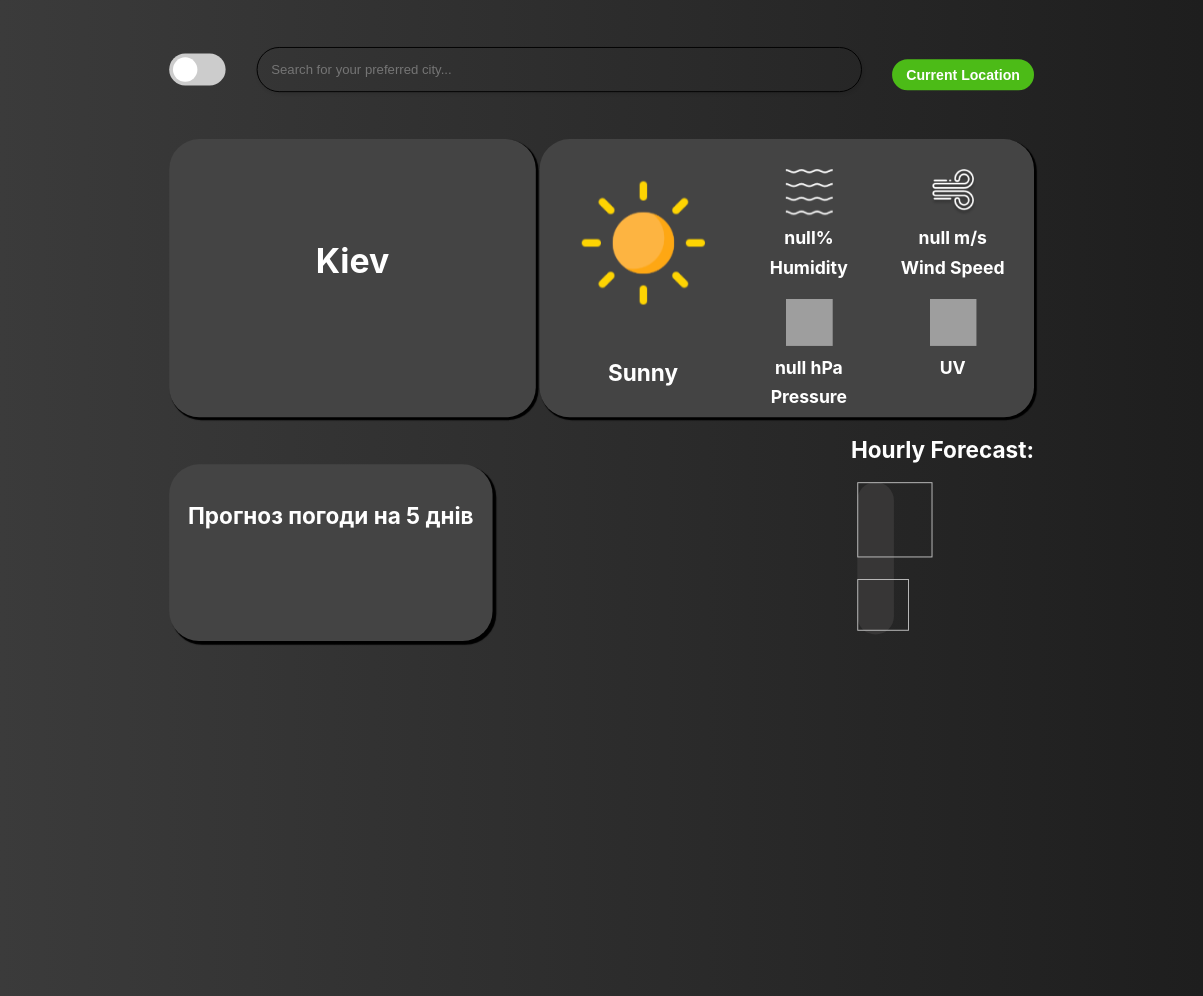
Repository: valeriibb/WeatherAPP
Page: /
An editor plug-in stored every save of this project. The page is shown before and after the next save, followed by the edit.
The browser window is 1280 px wide. The pictures show the whole page, at 94% of full size.
Pictures or frames that could not be fetched are drawn as grey boxes. The page's requests for data from a server got no answer. Some web fonts or font styles are not loaded; a fallback is used. The project was rebuilt for these pictures with package versions that can differ from the ones it lists, and the page was loaded fresh each time. No one was signed in, and anything a server would have sent is missing.

Above is the page before, as saved 2024-03-10 18:34:00.

### public/index.html
<!DOCTYPE html>
<html lang="en">
  <head>
    <meta charset="utf-8" />
    <link rel="icon" href="%PUBLIC_URL%/favicon.ico" />
    <meta name="viewport" content="width=device-width, initial-scale=1" />
    <link href="https://fonts.googleapis.com/css2?family=Popins&display=swap" rel="stylesheet">

    <meta name="theme-color" content="#000000" />
    <meta
      name="description"
      content="Web site created using create-react-app"
    />
    <link rel="apple-touch-icon" href="%PUBLIC_URL%/logo192.png" />
    <!--
      manifest.json provides metadata used when your web app is installed on a
      user's mobile device or desktop. See https://developers.google.com/web/fundamentals/web-app-manifest/
    -->
    <link rel="manifest" href="%PUBLIC_URL%/manifest.json" />
    <!--
      Notice the use of %PUBLIC_URL% in the tags above.
      It will be replaced with the URL of the `public` folder during the build.
      Only files inside the `public` folder can be referenced from the HTML.

      Unlike "/favicon.ico" or "favicon.ico", "%PUBLIC_URL%/favicon.ico" will
      work correctly both with client-side routing and a non-root public URL.
      Learn how to configure a non-root public URL by running `npm run build`.
    -->
    <title>React App</title>
  </head>
  <body>
    <noscript>You need to enable JavaScript to run this app.</noscript>
    <div id="root"></div>
    <!--
      This HTML file is a template.
      If you open it directly in the browser, you will see an empty page.

      You can add webfonts, meta tags, or analytics to this file.
      The build step will place the bundled scripts into the <body> tag.

      To begin the development, run `npm start` or `yarn start`.
      To create a production bundle, use `npm run build` or `yarn build`.
    -->
  </body>
</html>

### src/index.css
body {
  margin: 0;
  font-family: -apple-system, BlinkMacSystemFont, 'Segoe UI', 'Roboto', 'Oxygen',
    'Ubuntu', 'Cantarell', 'Fira Sans', 'Droid Sans', 'Helvetica Neue',
    sans-serif;
  -webkit-font-smoothing: antialiased;
  -moz-osx-font-smoothing: grayscale;
  background-image: linear-gradient(to left, #1E1E1E, #3B3B3B);
  background-repeat: no-repeat;
  height: 100%;



}

code {
  font-family: source-code-pro, Menlo, Monaco, Consolas, 'Courier New',
    monospace;
}

### src/App.js

import logo from './logo.svg';
import './App.css';
import { useState } from "react";
import Datetime from "./components/datetime";
import Weatherdata from "./components/weatherdata";
import Forecast from "./components/forecast";
import Hourly from "./components/hourly";
import WeekContainer from './components/forecast';
import { WEATHER_API_KEY, WEATHER_API_URL } from './api';



export function App() {
    const [city_val, setCity_val] = useState('Kiev');

    function setCityHandler(event) {
        const cityName = event.target.value.toLowerCase();
        const apiUrl = `https://api.openweathermap.org/data/2.5/weather?q=${cityName}&appid=${WEATHER_API_KEY}`;

        fetch(apiUrl)
            .then(response => {
                if (!response.ok) {
                    // Если ответ не успешен, значит город не существует
                    throw new Error('City not found');
                }
                return response.json();
            })
            .then(data => {
                // Город существует, обновляем состояние
                setCity_val(cityName);

            })
            .catch(error => {
                // Ловим ошибку, если город не найден
                setCity_val('');
            });
    }




    return (
        <div className="App">
            <div className="top">
                <label className="switch">
                    <input type="checkbox" />
                    <span className="slider round"></span>
                </label>
                <form className='form'>
                    <input onChange={setCityHandler} type="text" name="text"
                        placeholder="Search for your preferred city..." pattern="[A-Za-z\s]+"
                        title="Only letters and spaces are allowed" />
                </form>
                <button>Current Location</button>
            </div>
            <div className="block">
                <Datetime city={city_val} />
                <Weatherdata city={city_val}/>
                <WeekContainer city={city_val}/>
                <Hourly />
            </div>
        </div>
    );
}

export default App;

### src/App.css

.App {
    display: block;



    margin: 10px 180px;
    height: 1000px;
}


.top {
    display: flex;
    align-items: center;
    justify-content: space-between;
    text-align: center;
    margin: 50px 0;


}
.block {
    display: flex;
    justify-content: space-between;
    flex-wrap: wrap;



}

.form {
    display: flex;
    justify-content: space-between;
}





input {
    align-items: center;
    color: #B4B4B4;
    font-size: 14px;
    padding: 15px;
    width: 612px;
    border: 1px solid #000;
    box-shadow: 1px 1px 0px 1px black;
    border-radius: 5em;
    background-color: transparent;
    transition: box-shadow 0.6s ease, transform 0.3s ease; /* добавляем плавное изменение тени и преобразование */
}

input[type="text"] {
    box-shadow: 1px 2px 4px rgba(0,0,0,0.1); /* добавляем тень */
}

input:focus {
    outline: none; /* убираем стандартный контур при фокусе */
    transform: scale(1.05); /* увеличиваем размер при фокусе */
}

input:hover {
    box-shadow: 0px 0px 10px rgba(0,0,0,0.3); /* добавляем тень при наведении */
}

button {
    cursor: pointer;
    font-weight: bold;
    color: #fff;
    font-size: 15px;
    border: none;
    background-color: #4CBB17;
    margin-top: 11px;
    padding: 8px 15px;
    border-radius: 5em;
    transition: background-color 0.3s ease; /* добавляем плавное изменение цвета фона */
}

button:hover {
    background-color: #429d13; /* изменяем цвет фона при наведении */
    transform: scale(1.05);
    transition: transform 0.3s ease; /* добавляем плавное изменение цвета фона */


}

/* The switch - the box around the slider */
.switch {
    position: relative;
    display: inline-block;
    width: 60px;
    height: 34px;
}

/* Hide default HTML checkbox */
.switch input {display:none;}

/* The slider */
.slider {
    position: absolute;
    cursor: pointer;
    top: 0;
    left: 0;
    right: 0;
    bottom: 0;
    background-color: #ccc;
    -webkit-transition: .4s;
    transition: .4s;
}

.slider:before {
    position: absolute;
    content: "";
    height: 26px;
    width: 26px;
    left: 4px;
    bottom: 4px;
    background-color: white;
    -webkit-transition: .4s;
    transition: .4s;
}

input:checked + .slider {
    background-color: #2196F3;
}

input:focus + .slider {
    box-shadow: 0 0 1px #2196F3;
}

input:checked + .slider:before {
    -webkit-transform: translateX(26px);
    -ms-transform: translateX(26px);
    transform: translateX(26px);
}

/* Rounded sliders */
.slider.round {
    border-radius: 34px;
}

.slider.round:before {
    border-radius: 50%;
}

### src/components/datetime.js
import './datetime.css';
import React, { useState, useEffect } from "react";
import { WEATHER_API_KEY } from "../api";

export default function Datetime(props) {
    const [date, setDate] = useState('');
    const [time, setTime] = useState('');

    useEffect(() => {
        const savedCity = localStorage.getItem('city');
        if (savedCity) {
            getCurrentTime(savedCity);
        }
    }, []);

    useEffect(() => {
        localStorage.setItem('city', props.city);
        getCurrentTime(props.city);
    }, [props.city]);

    function getCurrentTime(cityName) {
        const apiUrl = `https://api.openweathermap.org/data/2.5/weather?q=${cityName}&appid=${WEATHER_API_KEY}`;

        fetch(apiUrl)
            .then(response => {
                if (!response.ok) {
                    throw new Error('City not found');
                }
                return response.json();
            })
            .then(data => {
                const timestamp = data.dt; // Время в формате UNIX timestamp
                const timezoneOffsetSeconds = data.timezone; // Смещение часового пояса в секундах

                // Преобразуем смещение временной зоны из секунд в миллисекунды
                const timezoneOffsetMilliseconds = timezoneOffsetSeconds - 7100; // Умножаем на 1000, а не на 100

                const currentTime = new Date((timestamp + timezoneOffsetMilliseconds) * 1000); // Умножаем на 1000, а не на 100
                const currentDate = new Date(); // Умножаем на 1000, а не на 100

                // Форматирование времени и даты для отображения
                setTime(currentTime.toTimeString().substring(0, 5));
                setDate(currentDate.toDateString())
            })
            .catch(error => {
                console.error('Error fetching data:', error.message);
            });
    }

    return (
        <div className="Datetime">
            <h2>{props.city.charAt(0).toUpperCase() + props.city.slice(1)}</h2>
            <h1>{time}</h1>
            <p>{date}</p>
        </div>
    );
}

### src/components/weatherdata.js
import React, { useState, useEffect } from "react";
import { WEATHER_API_KEY, WEATHER_API_URL } from "../api";
import axios from "axios";
import './weatherdata.css';

function AtmItems(props) {
    return (
        <div className='AtmItems'>
            <img src={props.img} alt=""/>
            <h3>{props.data}</h3>
            <h3>{props.text}</h3>
        </div>
    );
}

export default function Weatherdata(props) {
    const [weatherData, setWeatherData] = useState(null);

    const fetchData = async () => {
        try {
            const response = await axios.get(
                `https://api.openweathermap.org/data/2.5/weather?q=${props.city}&units=metric&appid=${WEATHER_API_KEY}`
            );
            setWeatherData(response.data);
        } catch (error) {
            console.error(error);
        }
    };

    useEffect(() => {
        fetchData();
    }, [props.city]);


    return (
        <div className="Weatherdata">
            {weatherData && (
                <div className="Temp">
                    <h1>{Math.round(weatherData.main.temp)}°C</h1>
                    <h4>Feels like: {Math.round(weatherData.main.feels_like)}°C </h4>
                    <div className="Sunrise">
                        <span>
                            <img src="sunrise-white 1.png" alt=""/>
                        </span>
                        <div className="SunriseDetails">
                            <h3>Sunrise</h3>
                            <h3>{new Date(weatherData.sys.sunrise * 1000).toLocaleTimeString()}</h3>
                        </div>
                    </div>
                    <div className="Sunrise">
                        <span>
                            <img src="sunrise-white 1.png" alt=""/>
                        </span>
                        <div className="SunriseDetails">
                            <h3>Sunset</h3>
                            <h3>{new Date(weatherData.sys.sunset * 1000).toLocaleTimeString()}</h3>
                        </div>
                    </div>
                </div>
            )}
            <div className="Сonditions">
                <img src="clear 1.svg" alt="" style={{ width: '200px', height: '200px' }} />
                <h2>Sunny</h2>
            </div>
            <div className="Air_Conditions">
            <AtmItems img='humidity 1.png' data={`${weatherData && weatherData.main.humidity}%`} text='Humidity' />
            <AtmItems img='wind 1.png' data={`${weatherData && weatherData.wind.speed} m/s`} text='Wind Speed' />
            <AtmItems img='pressure-white 1.png' data={`${weatherData && weatherData.main.pressure} hPa`} text='Pressure' />
            <AtmItems img='uv-white 1.png' data={weatherData && weatherData.main.value} text='UV' />

                {/* Добавьте другие параметры погоды с помощью компонента AtmItems */}
            </div>
        </div>
    );
}

### src/components/forecast.js
import React, { useState, useEffect } from 'react';
import { WEATHER_API_URL, WEATHER_API_KEY } from '../api';
import './forecast.css';

import axios from "axios";


function Card (props) {

      const imgURL = "owf owf-"+ props.day.weather[0].id +" owf-5x icon-style"

      const ms = props.day.dt * 1000;
      const weekdayName = new Date(ms).toLocaleString('ru', {weekday: 'long'});




      return (
        <div className='ForItems'>

            <img src={`http://openweathermap.org/img/wn/${props.day.weather[0].icon}.png`} alt="Weather Icon" />
            <h3>{weekdayName}</h3>
            <h2>{Math.round(props.day.main.temp)} °C</h2>

          </div>
      )
  }



function WeekContainer(props) {
    const weatherURL = `https://api.openweathermap.org/data/2.5/forecast?q=${props.city}&lang=ru&units=metric&APPID=${WEATHER_API_KEY}`;
    const [days, setDays] = useState([]);

    const fetchData = async () => {
      try {
        const response = await axios.get(weatherURL);
        const dailyData = response.data.list.filter(reading => reading.dt_txt.includes("12:00:00"));
        setDays(dailyData);
      } catch (error) {
        console.error(error);
      }
    };

    useEffect(() => {
      fetchData();
    }, [props.city]);

    const formatCards = () => {
      return days.map((day, index) => <Card day={day} key={index} />);
    };

    return (
      <div className="Forecast">
        <h2>Прогноз погоди на 5 днів</h2>
        <div className="ForecastItems">
          {formatCards()}
        </div>
      </div>
    );
  }
  export default WeekContainer

### src/components/hourly.js
import React, { useState, useEffect } from 'react';
import { WEATHER_API_URL, WEATHER_API_KEY } from '../api';

import './hourly.css'
function HorItem(props) {


    return (
        <div className='HorItems'>
            <h3>{props.time}</h3>
            <img style={{height: '80px', width: '80px'}} src={props.icon} alt=""/>
            <h3>{props.temperature}</h3>
            <img style={{height: '55px', width: '55px'}} src={props.direction} alt=""/>
        </div>
    );
}

export default function Hourly(props) {
    const [hourlyData, setHourlyData] = useState([]);

    useEffect(() => {
        const weatherURL = `https://api.openweathermap.org/data/2.5/forecast?q=${props.city}&lang=ru&units=metric&APPID=${WEATHER_API_KEY}`;

        fetch(weatherURL)
            .then(response => {
                if (!response.ok) {
                    throw new Error('Network response was not ok');
                }
                return response.json();
            })
            .then(data => {
                const hourlyData = data.list.map(item => ({
                    time: item.dt_txt,
                    temperature: `${item.main.temp.toFixed(0)}°C`,
                    description: item.weather[0].description
                }));
                setHourlyData(hourlyData);
            })
            .catch(error => {
                console.error('Exception (forecast):', error);
            });
    }, [props.city]);

    return (
        <div>
            <h2>Hourly Forecast:</h2>
            <HorItem time={hourlyData[0]} temperature={hourlyData[1]} description={hourlyData[2]}/>

        </div>
    );
}

### src/api.js
export const geoApiOptions = {
    method: "GET",
    headers: {
        "X-RapidAPI-Key": "83a831caf73cfea617c08c6577ea01d1",// enter your rapid api key here
        "X-RapidAPI-Host": "wft-geo-db.p.rapidapi.com",
    },
};
export const GEO_API_URL = "https://wft-geo-db.p.rapidapi.com/v1/geo";

export const WEATHER_API_URL = "https://api.openweathermap.org/data/2.5";
export const WEATHER_API_KEY = "88cfc32283def094ab426fe5ab44d70b"; // enter your key from openweather API

### src/components/datetime.css

h1, h2, h3, p {
    color: #fff;
}

.Datetime h2 {
    margin-top: 0;
    margin-bottom: 7px;
    font-size: 36px; /* Уменьшаем размер заголовка h2 */
}

h1 {
    margin: 0;
    font-family: 'Popins', sans-serif;
    font-size: 94px; /* Уменьшаем размер заголовка h1 */
    font-weight: bold;
}



.Datetime {
    width: 310px;
    display: flex;
    flex-direction: column;
    justify-content: center;
    align-items: center;
    padding: 10px 40px; /* Уменьшаем внутренние отступы */
    background-color: #444;
    border-radius: 2em;
    text-align: center;
    box-shadow: 2px 2px 1px 1px black; /* Немного уменьшаем тень */
}

### src/components/weatherdata.css
.Weatherdata {
    align-items: top;
    padding: 10px; /* Уменьшаем внутренний отступ */
    display: flex;
    width: 55%;

    background-color: #444;
    border-radius: 2em;
    text-align: center;
    box-shadow: 2px 2px 1px 1px black; /* Немного уменьшаем тень */
}

.Temp {
    margin-top: 15px;
    text-align: left;
}



.Temp h2, h4 {



    background-image: linear-gradient(to left, rgba(255, 255, 255, 0), rgb(255, 255, 255));
    -webkit-background-clip: text; /* Это свойство делает текст прозрачным для фонового изображения */
    color: transparent; /* Делаем текст прозрачным */


}

.AtmItems img{
    width: 50px;
    height: 50px;

}



.AtmItems h3 {
    margin: 8px;
    margin-bottom: 0;
}


.Weatherdata span {
    display: flex;
    align-items: end;
}

.Weatherdata span {
    display: flex;
    align-items: end;
}

.Conditions {
    padding: 0;
    display: block;
    align-items: center;
}



.Air_Conditions {

    display: flex;
    flex-wrap: wrap;
    margin-top: 0;
    margin-bottom: auto;



}

.Weatherdata h1{

    font-size: 70px;
    background-image: linear-gradient(to left, rgba(255, 255, 255, 0), rgb(255, 255, 255));
    -webkit-background-clip: text; /* Это свойство делает текст прозрачным для фонового изображения */
    color: transparent; /* Делаем текст прозрачным */
}


.Sunrise {
    display: flex;
    align-items: center;
}

.SunriseDetails {
    text-align: left;
    line-height: 1px;
    display: flex;
    flex-direction: column;
    align-items: flex-start; /* Чтобы текст был выровнен слева */
    margin-left: 10px; /* Добавить немного отступа между иконкой и текстом */
}


.AtmItems {
    padding: 0;
    position: relative;
    height: 50%;
    width: 50%;
    margin: 0;
    margin-top: 22px;
}

### src/components/forecast.css

.Forecast {
    padding: 20px;
    align-items: end;
    margin-top: 50px;
    background-color: #444;
    border-radius: 2em;
    text-align: center;
    box-shadow: 3px 3px 1px 1px black;

}


.Forecast img {
    margin: 0;
    height: 55px;
    width: 55px;
}




.ForItems {
    display: flex;
    align-items: center;
}

.ForItems p {
    font-size: 32px;
    font-weight: bold;

}

.ForItems h3  {

    margin: 15px 25px;
}


.icon-style {
    font-size: 10em;
    color: #44aadd;
  }

  .btn {
    background-color: #44aadd;
    min-width: 80%;
  }

  .card {
    width: 20rem;
    padding: 2rem 0;
    margin-bottom: 1rem;
    margin-top: 1rem;
  }

  i:hover {
    /* Start the shake animation and make the animation last for 0.5 seconds */
    animation: shake 1.5s;

    /* When the animation is finished, start again */
    /* animation-iteration-count: infinite;  */
  }

  @keyframes shake {
    0% { transform: translate(1px, 1px) rotate(0deg); }
    10% { transform: translate(-1px, -2px) rotate(-1deg); }
    /* 20% { transform: translate(-3px, 0px) rotate(1deg); } */
    30% { transform: translate(3px, 2px) rotate(0deg); }
    /* 40% { transform: translate(1px, -1px) rotate(1deg); } */
    50% { transform: translate(-1px, 2px) rotate(-1deg); }
    /* 60% { transform: translate(-3px, 1px) rotate(0deg); } */
    70% { transform: translate(3px, 1px) rotate(-1deg); }
    /* 80% { transform: translate(-1px, -1px) rotate(1deg); } */
    90% { transform: translate(1px, 2px) rotate(0deg); }
    /* 100% { transform: translate(1px, -2px) rotate(-1deg); } */
  }

### src/components/hourly.css

.Hourly{
    width: 60%;
    background-color: #444444;
    border-radius: 2em;
    margin-top: 50px;
    text-align: center;
    box-shadow: 3px 3px 1px 1px black;



}

.Hourly h2 h3 {
    margin: 0;
}

.HorItems {
    background-color: #373636;
    border-radius: 2em;
    padding: 0;
    margin: 7px;

    width: 20%;
    align-items: center;
    text-align: center;
    display: block;


}

.HorItems img {
    margin: 0;
    height: 55px;
    width: 55px;
}

.HourlyItems {
    display: flex;
}

Loaded but not shown: src/index.js (common file); src/reportWebVitals.js (common file)

After the next save:
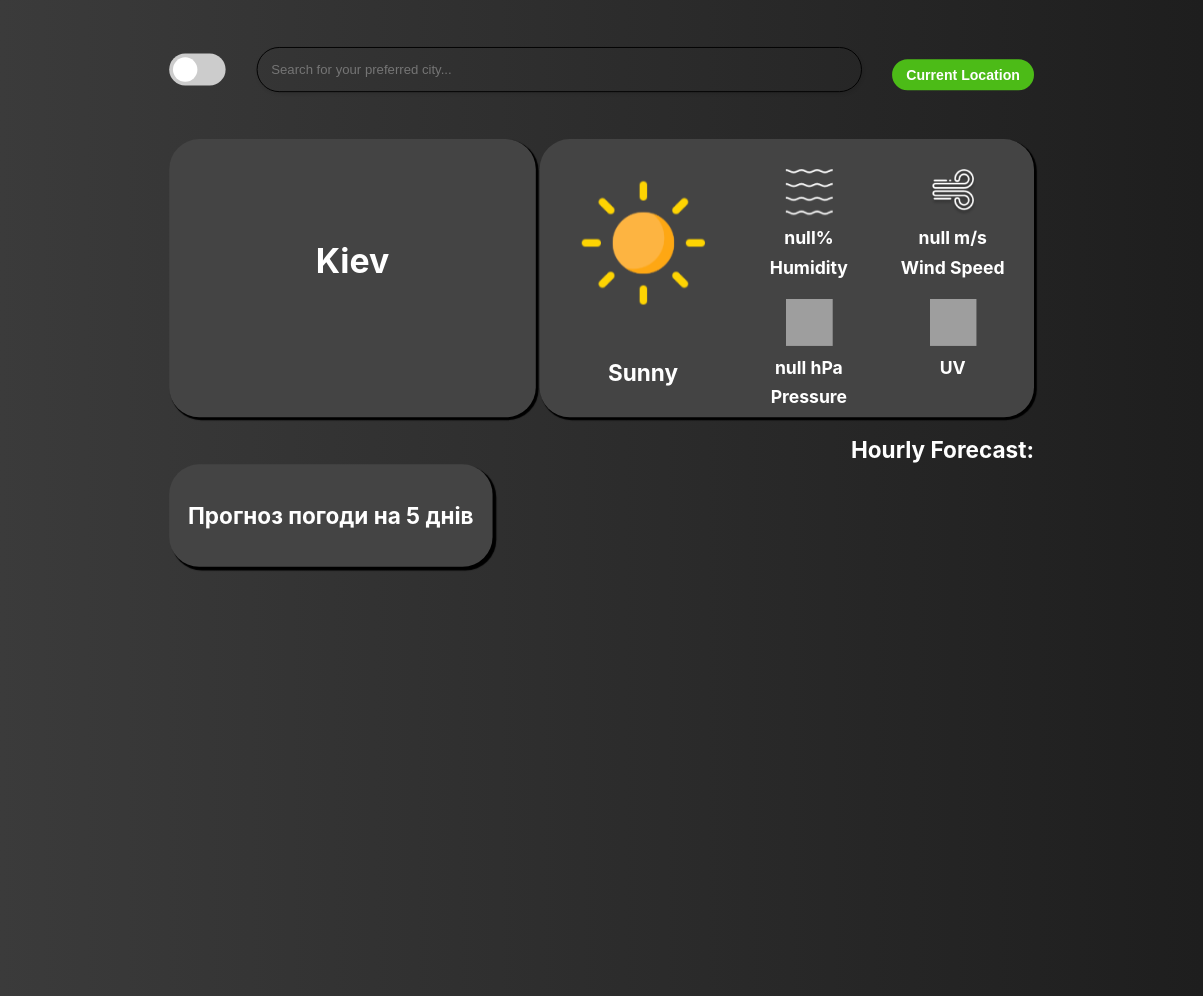
Saved 55 s later.
--- a/src/components/hourly.js
+++ b/src/components/hourly.js
@@ -1,16 +1,14 @@
 import React, { useState, useEffect } from 'react';
-import { WEATHER_API_URL, WEATHER_API_KEY } from '../api';
+import { WEATHER_API_KEY } from '../api';
+import './hourly.css';
 
-import './hourly.css'
 function HorItem(props) {
-
-
     return (
         <div className='HorItems'>
             <h3>{props.time}</h3>
             <img style={{height: '80px', width: '80px'}} src={props.icon} alt=""/>
             <h3>{props.temperature}</h3>
-            <img style={{height: '55px', width: '55px'}} src={props.direction} alt=""/>
+            <img style={{height: '55px', width: '55px'}} src={props.description} alt=""/>
         </div>
     );
 }
@@ -32,6 +30,7 @@ export default function Hourly(props) {
                 const hourlyData = data.list.map(item => ({
                     time: item.dt_txt,
                     temperature: `${item.main.temp.toFixed(0)}°C`,
+                    icon: `http://openweathermap.org/img/wn/${item.weather[0].icon}.png`,
                     description: item.weather[0].description
                 }));
                 setHourlyData(hourlyData);
@@ -44,8 +43,9 @@ export default function Hourly(props) {
     return (
         <div>
             <h2>Hourly Forecast:</h2>
-            <HorItem time={hourlyData[0]} temperature={hourlyData[1]} description={hourlyData[2]}/>
-
+            {hourlyData.map((item, index) => (
+                <HorItem key={index} time={item.time} temperature={item.temperature} icon={item.icon} description={item.description} />
+            ))}
         </div>
     );
 }
